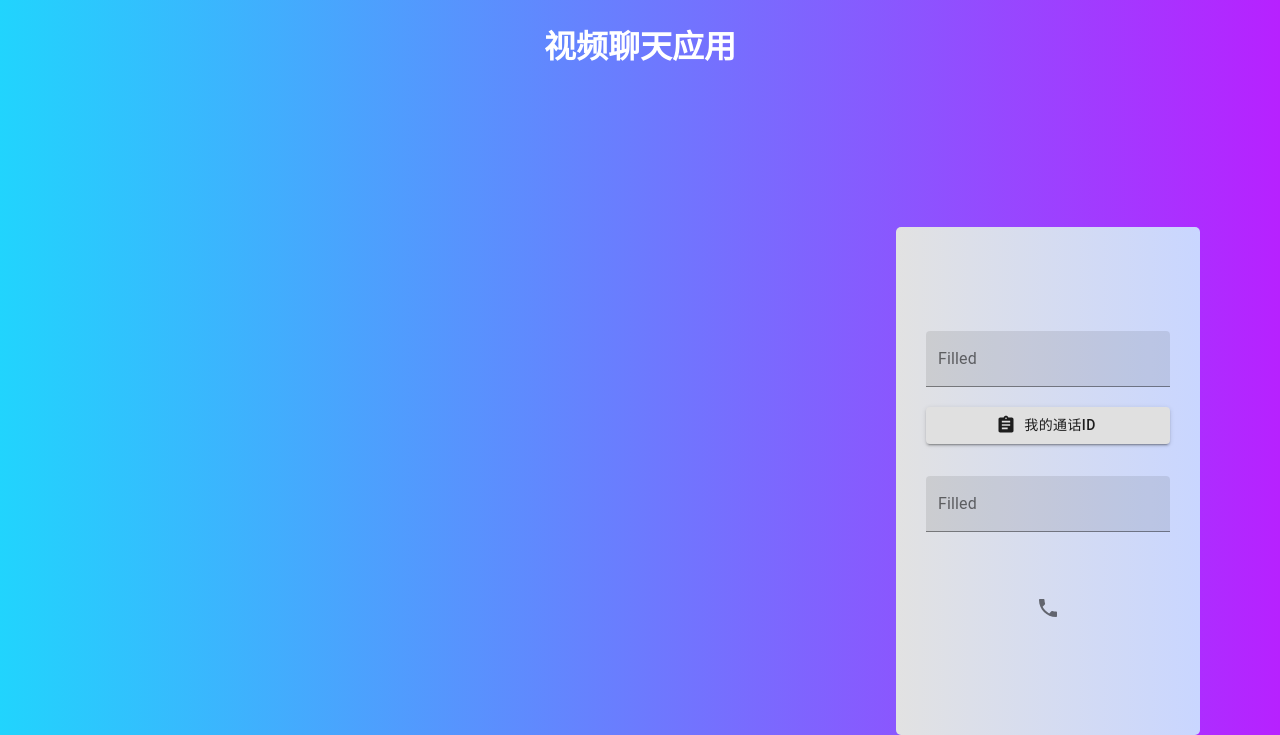
Repository: CodeFreedom-A/webRtc
Page: /
An editor plug-in stored every save of this project. The page is shown before and after the next save, followed by the edit.
The browser window is 1280 px wide. The pictures show the whole page.
The page's requests for data from a server got no answer. The project was rebuilt for these pictures with package versions that can differ from the ones it lists, and the page was loaded fresh each time. No one was signed in, and anything a server would have sent is missing.

Above is the page before, as saved 2022-12-22 11:35:31.

### src/App.js
/*
 * @Author: sunheng
 * @Date: 2022-12-21 15:50:22
 * @LastEditors: sunheng
 * @LastEditTime: 2022-12-22 11:34:32
 * @Description: 请填写简介
 */

import Button from "@material-ui/core/Button";
import IconButton from "@material-ui/core/IconButton";
import TextField from "@material-ui/core/TextField";
import AssignmentIcon from "@material-ui/icons/Assignment";
import PhoneIcon from "@material-ui/icons/Phone";
import React, { useEffect, useRef, useState } from "react";
import { CopyToClipboard } from "react-copy-to-clipboard";
import Peer from "simple-peer";
import io from "socket.io-client";
import "./App.css";
// 客户端socket链接
const socket = io.connect("http://localhost:5000");
function App() {
  const [stream, setStream] = useState(null);
  const [name, setName] = useState(null);
  const [idToCall, setIdToCall] = useState(null);
  const Myvideo = useRef();
  const Uservideo = useRef();
  const connectionRef = useRef();
  const [me, setMe] = useState("");
  const [callAccepted, setCallAcceted] = useState(false);
  const [callEnded, setCallEnded] = useState(false);
  const [receivingCall, setReceivingCall] = useState(false);
  const [userName, setUserName] = useState("");
  const [caller, setCaller] = useState("");
  const [callerSignal, setCallerSignal] = useState();
  const callUser = (idToCall) => {
    const peer = new Peer({
      initiator: true, //是否是发起方
      stream: stream, //这是WebRtc返回的那些数据(音频视频啥的)
    });
    // 传递信令
    peer.on("signal", (data) => {
      socket.emit("callUser", {
        signalData: data,
        from: me,
        idToCall,
        name,
      });
      // 存储
    });
    peer.on("stream", (stream) => {
      console.log(stream, "stream");
      Uservideo.current.srcObject = stream;
    });
    connectionRef.current = peer;
  };

  useEffect(() => {
    navigator.mediaDevices
      .getUserMedia({ video: true, audio: true })
      .then((res) => {
        console.log(res);
        setStream(res);
        Myvideo.current.srcObject = res;
      })
      .catch((err) => {
        console.log("没有摄像头", err);
      });
    socket.on("me", (id) => {
      setMe(id);
    });
    //接听方从服务器获取发送放的信息
    socket.on("callUser", (data) => {
      setReceivingCall(true);
      setCaller(data.from);
      setUserName(data.name);
      setCallerSignal(data.signal);
    });
  }, []);
  return (
    <>
      <h1 style={{ textAlign: "center", color: "#fff" }}>视频聊天应用</h1>
      <div className="container">
        {/* 视频容器 */}
        <div className="video-container">
          <div className="video">
            <video
              playsInline
              muted
              autoPlay
              style={{ width: "500px" }}
              ref={Myvideo}
            ></video>
            <video
              playsInline
              muted
              autoPlay
              style={{ width: "500px" }}
              ref={Uservideo}
            ></video>
          </div>
        </div>

        <div className="myId">
          <TextField
            id="filled-basic"
            label="Filled"
            variant="filled"
            value={name}
            style={{ marginBottom: "20px" }}
            onChange={(e) => setName(e.target.value)}
          />
          <CopyToClipboard text={me} style={{ marginBottom: "2rem" }}>
            <Button
              variant="contained"
              startIcon={<AssignmentIcon fontSize="large" />}
            >
              我的通话ID
            </Button>
          </CopyToClipboard>
          <TextField
            id="filled-basic"
            label="Filled"
            variant="filled"
            value={idToCall}
            style={{ marginBottom: "20px" }}
            onChange={(e) => setIdToCall(e.target.value)}
          />
          <div className="call-button">
            {callAccepted && !callEnded ? (
              <Button variant="contained" color="secondary">
                结束通话
              </Button>
            ) : (
              <IconButton onClick={() => callUser(idToCall)}>
                <PhoneIcon></PhoneIcon>
              </IconButton>
            )}
          </div>
        </div>
        {/* 同意接听 */}
        <div>
          {receivingCall && !callAccepted ? (
            <div className="caller">
              <h1>{userName}正在呼叫...</h1>
              <Button variant="contained" color="primary" onClick={answerCall}>
                同意接听
              </Button>
            </div>
          ) : null}
        </div>
      </div>
    </>
  );
}

export default App;

### src/App.css
.container {
  display: grid;
  grid-template-columns: 7fr 3fr;
  margin-top: 10rem;
}


.video-container {
  display: grid;
  grid-template-columns: 1fr 1fr;
  justify-content: center;
  align-content: center;

  margin-left: 10rem;
}


/* 右侧面板 */

.myId {
  margin-right: 5rem;
  border-radius: 5px;
  background: #c9d6ff;
  background: linear-gradient(to right,
      #e2e2e2,
      #c9d6ff);

  padding: 1rem;
  display: grid;
  justify-content: center;
  align-content: center;
}

.call-button {
  text-align: center;
  margin-top: 2rem;
}



.caller {
  text-align: center;
  color: #fff;
}

body {
  background-image: linear-gradient(to right, #21D4FD 0%, #B721FF 100%);

}

Loaded but not shown: public/index.html (common file); src/index.js (common file); src/index.css (common file); src/reportWebVitals.js (common file)

After the next save:
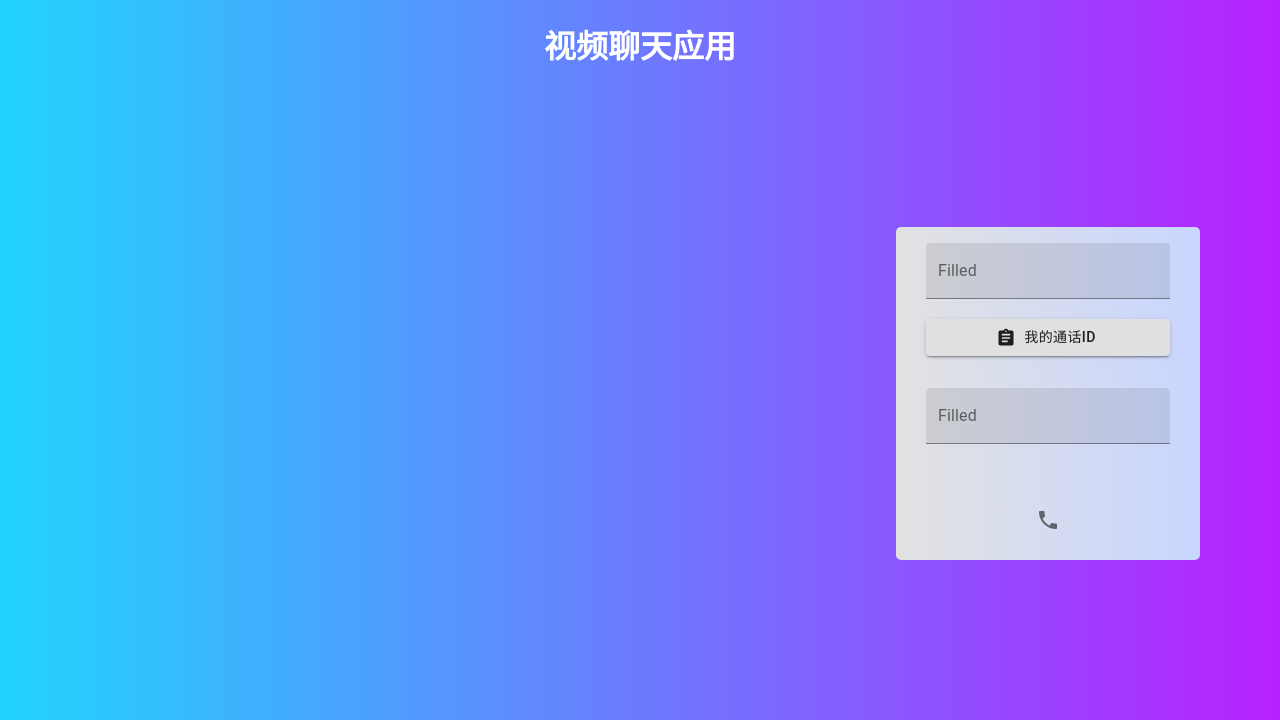
Saved 38 s later.
--- a/src/App.js
+++ b/src/App.js
@@ -2,7 +2,7 @@
  * @Author: sunheng
  * @Date: 2022-12-21 15:50:22
  * @LastEditors: sunheng
- * @LastEditTime: 2022-12-22 11:34:32
+ * @LastEditTime: 2022-12-22 11:36:09
  * @Description: 请填写简介
  */
 
@@ -90,13 +90,17 @@ function App() {
               style={{ width: "500px" }}
               ref={Myvideo}
             ></video>
-            <video
-              playsInline
-              muted
-              autoPlay
-              style={{ width: "500px" }}
-              ref={Uservideo}
-            ></video>
+            <div className="video">
+              {callAccepted && !callEnded ? (
+                <video
+                  playsInline
+                  muted
+                  autoPlay
+                  style={{ width: "500px" }}
+                  ref={userVideo}
+                />
+              ) : null}
+            </div>
           </div>
         </div>
 
